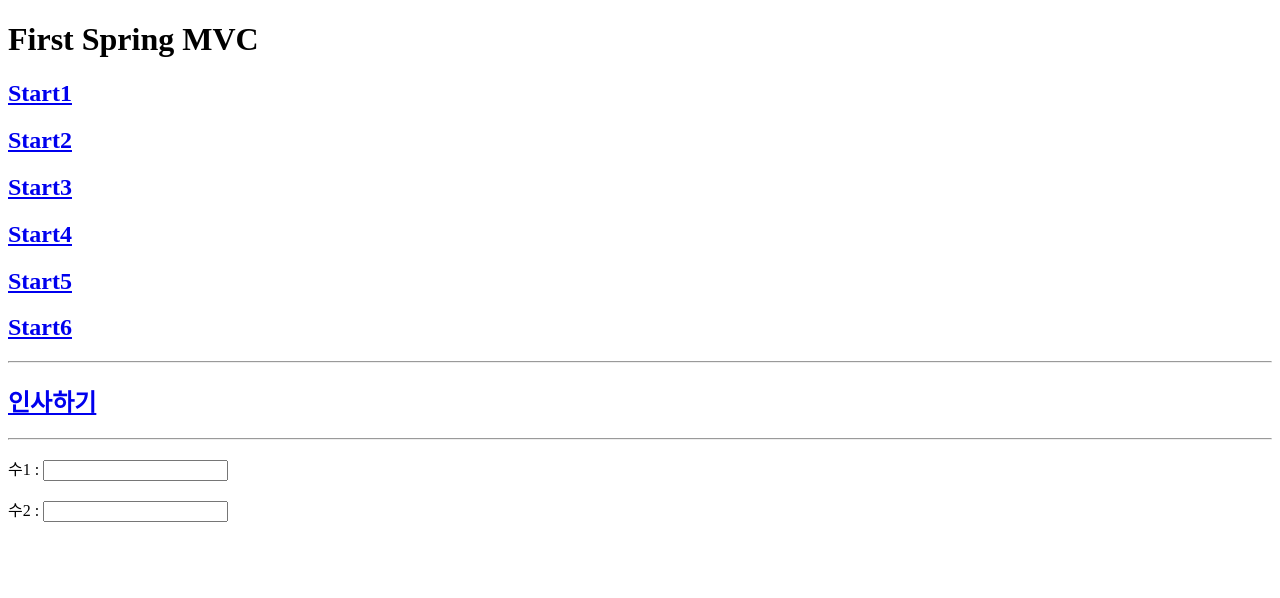
Repository: Developer120000/spring_mvc_study
Page: http://localhost/spring_mvc02/
These files come from the project's save history. The page is drawn as it stood at one moment and after the next save; the edit follows.
The browser window is 1280 px wide. The pictures show the whole page.
The page is served by Tomcat 9.

Above is the page before, as saved 2024-03-19 03:11:07.

After the next save:
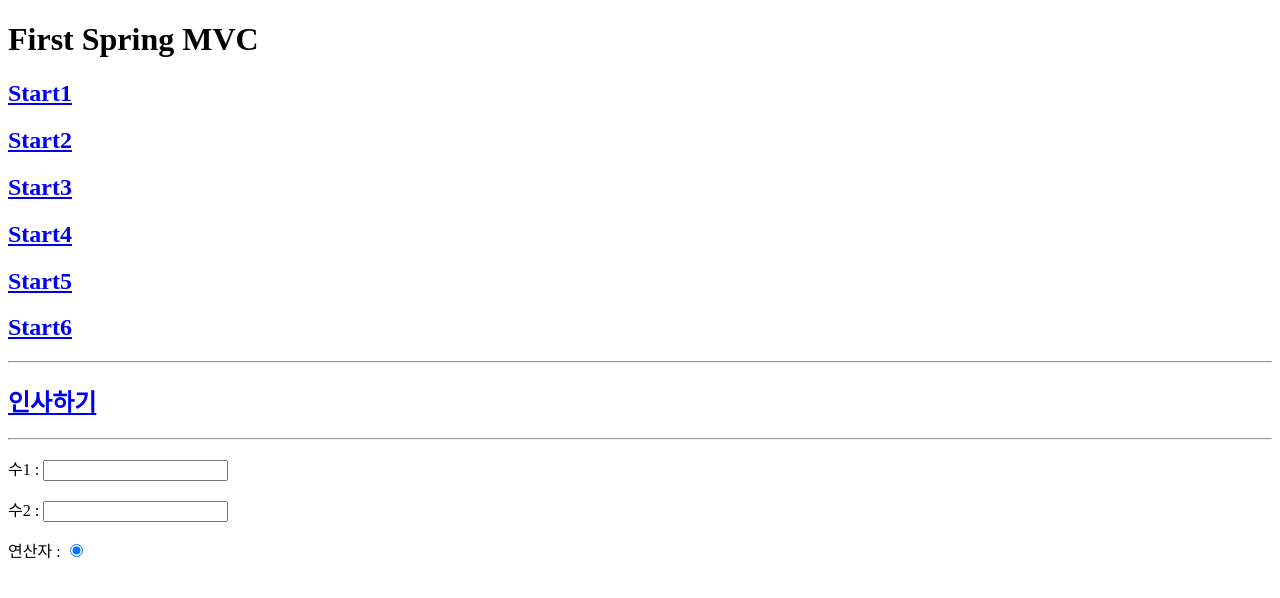
Saved 45 s later.
--- a/spring_mvc02/src/main/webapp/WEB-INF/views/index.jsp
+++ b/spring_mvc02/src/main/webapp/WEB-INF/views/index.jsp
@@ -22,6 +22,8 @@
 	<form action="calc.do" method="post">
 		<p>수1 : <input type="number" size="15" name="s1" required></p>
 		<p>수2 : <input type="number" size="15" name="s2" required></p>
+		<p>연산자 :
+			<input type="radio" name="op" value="+" checked></p>
 	</form>
 </body>
 </html>
